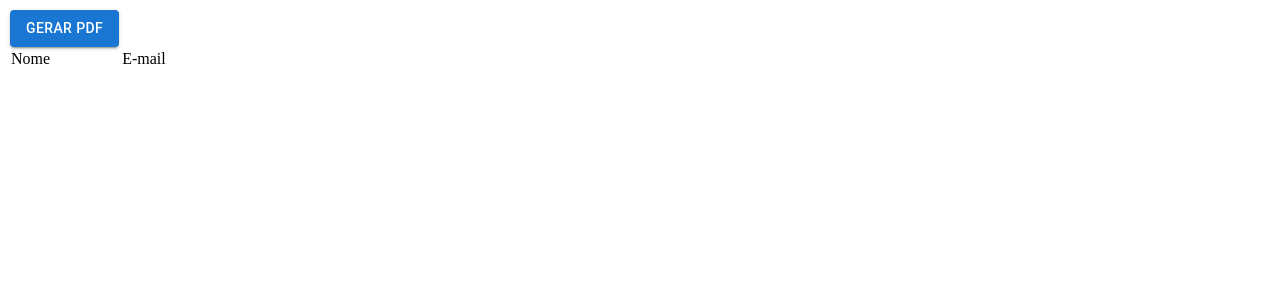
Repository: yasmimSM2007/aula08
Page: / (app in cliente/)
The author's editor kept a copy of each file at every save. The page is drawn from the files as they stood at one save, then again after the next save.
The browser window is 1280 px wide. The pictures show the whole page.
The page's requests for data from a server got no answer. The project was rebuilt for these pictures with package versions that can differ from the ones it lists, and the page was loaded fresh each time. No one was signed in, and anything a server would have sent is missing. Also part of the build but not shown: cliente/src/pages/Registro.jsx, cliente/src/pages/Altera.jsx.

Above is the page before, as saved 2025-01-25 11:48:29.

After the next save:
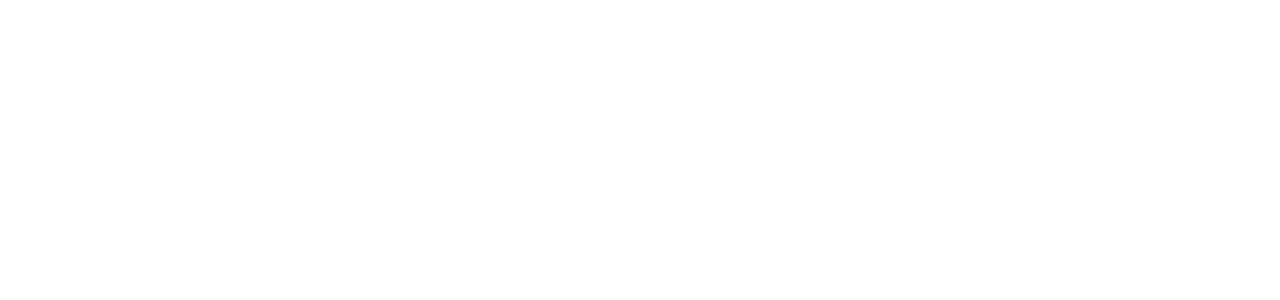
Console error: ReferenceError: usuarios is not defined
Saved 5 min 53 s later.
--- a/cliente/src/pages/Home.jsx
+++ b/cliente/src/pages/Home.jsx
@@ -7,24 +7,24 @@
 
 export default function Home() {
 
-  const [usuarios, setUsuarios] = useState([]);
+  const [esmaltes, setEsmaltes] = useState([]);
 
   useEffect(() => {
-    const buscarUsuario = async () => {
+    const buscarEsmalte = async () => {
       try {
-        const resposta = await fetch("http://localhost:3000/usuarios");
+        const resposta = await fetch("http://localhost:3000/esmaltes");
         const dados = await resposta.json();
-        setUsuarios(dados);
+        setEsmaltes(dados);
       } catch {
         alert('Ocorreu um erro no app!');
       }
     }
-    buscarUsuario();
-  }, [usuarios]);
+    buscarEsmalte();
+  }, [esmaltes]);
 
-  const removerPessoa = async (id) => {
+  const removerEsmalte = async (id) => {
     try{
-      await fetch('http://localhost:3000/usuarios/'+id, {
+      await fetch('http://localhost:3000/esmaltes/'+id, {
         method: 'DELETE'
       });
 
@@ -35,17 +35,17 @@
 
   const exportarPDF = () =>{
     const doc = new jsPDF();
-    const tabela = usuarios.map ( usuario =>[
+    const tabela = esmaltes.map ( esmalte =>[
       usuario.id,
       usuario.nome,
       usuario.email
     ]);
-    doc.text("Lista de usuarios",10,10);
+    doc.text("Lista de esmaltes",10,10);
     doc.autoTable ({
       head: [["ID", "Nome", "Email"]],
       body: tabela
   });
-     doc.save("alunos.pdf");
+     doc.save("esmaltes.pdf");
   }
 
   return (

After the 2 saves that followed:
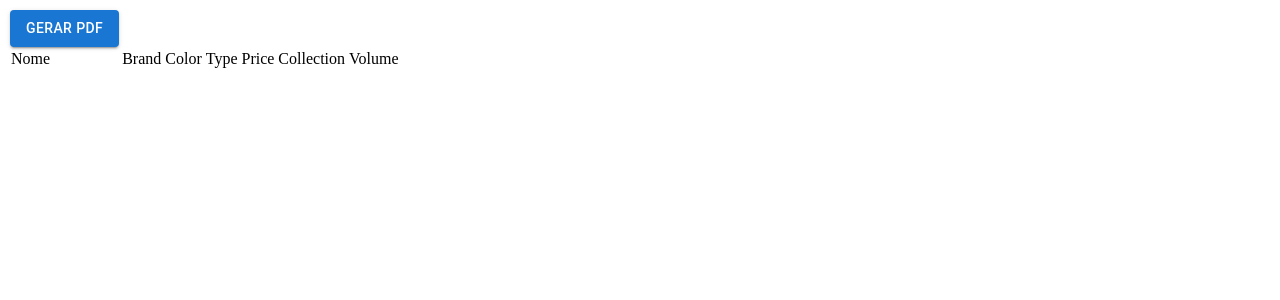
The error is gone.
The 2 saves are shown as one change because 1 left the picture as it was.
The last was saved 11 min 53 s later.
--- a/cliente/src/pages/Home.jsx
+++ b/cliente/src/pages/Home.jsx
@@ -36,13 +36,18 @@
   const exportarPDF = () =>{
     const doc = new jsPDF();
     const tabela = esmaltes.map ( esmalte =>[
-      usuario.id,
-      usuario.nome,
-      usuario.email
+      esmalte.id,
+      esmalte.nome,
+      esmalte.brand,
+      esmalte.color,
+      esmalte.type,
+      esmalte.price,
+      esmalte.collection,
+      esmalte.volume
     ]);
     doc.text("Lista de esmaltes",10,10);
     doc.autoTable ({
-      head: [["ID", "Nome", "Email"]],
+      head: [[ "ID","Nome","Brand","Color","Type","Price","Collection","Volume" ]],
       body: tabela
   });
      doc.save("esmaltes.pdf");
@@ -54,16 +59,26 @@
     <Button variant = "contained" onClick={()=> exportarPDF()}>Gerar PDF</Button>
       <tr>
         <td>Nome</td>
-        <td>E-mail</td>
+        <td>Brand</td>
+        <td>Color</td>
+        <td>Type</td>
+        <td>Price</td>
+        <td>Collection</td>
+        <td>Volume</td>
       </tr>
-      {usuarios.map((usuario) =>
-        <tr key={usuario.id}>
-          <td>{usuario.nome}</td>
-          <td>{usuario.email}</td>
-          <td><button onClick={() => removerPessoa(usuario.id)}>
+      {esmaltes.map((esmalte) =>
+        <tr key={esmalte.id}>
+          <td>{esmalte.nome}</td>
+          <td>{esmalte.brand}</td>
+          <td>{esmalte.color}</td>
+          <td>{esmalte.type}</td>
+          <td>{esmalte.price}</td>
+          <td>{esmalte.collection}</td>
+          <td>{esmalte.volume}</td>
+          <td><button onClick={() => removerEsmalte(esmalte.id)}>
             <DeleteForever/>
           </button>
-          <Link to={'/alterar/' + usuario.id}>
+          <Link to={'/alterar/' + esmalte.id}>
           <button>Alterar</button>
           </Link>
           </td>
